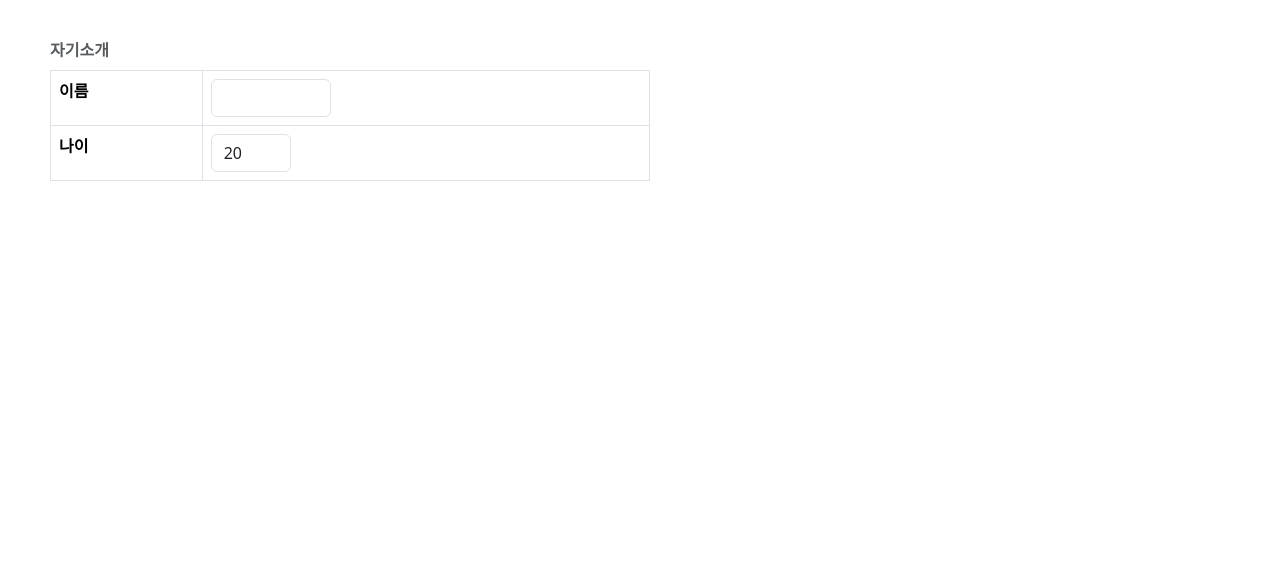
Repository: jini8293/Sist_04
Page: http://localhost/jspProject/intro/addForm.jsp
An editor plug-in stored every save of this project. The page is shown before and after the next save, followed by the edit.
The browser window is 1280 px wide. The pictures show the whole page.
Some web fonts or font styles are not loaded; a fallback is used. The page is served by Tomcat 9. Other server files are loaded and not shown.

Above is the page before, as saved 2024-03-06 07:26:30.

### jspwork/jspProject/src/main/webapp/intro/addForm.jsp
<%@ page language="java" contentType="text/html; charset=UTF-8"
	pageEncoding="UTF-8"%>
<!DOCTYPE html>
<html>
<head>
<meta charset="UTF-8">
<link
	href="https://fonts.googleapis.com/css2?family=Black+Han+Sans&family=Gowun+Dodum&family=IBM+Plex+Sans+KR&display=swap"
	rel="stylesheet">
<link
	href="https://cdn.jsdelivr.net/npm/bootstrap@5.3.2/dist/css/bootstrap.min.css"
	rel="stylesheet">
<script src="https://code.jquery.com/jquery-3.7.0.js"></script>
<title>Insert title here</title>
</head>
<body>
	<div style="margin: 30px 50px;">
		<form action="addAction.jsp" method="post">
			<table class="table table-bordered" style="width: 600px;">
				<caption align="top">
					<b>자기소개</b>
				</caption>
				<tr>
					<th align="center">이름</th>
					<td><input type="text" name="name" class="form-control"
						required="required" style="width: 120px;"></td>
				</tr>

				<tr>
					<th>나이</th>
					<td><input type="number" name="age" class="form-control"
						value="20" style="width: 80px;"></td>
				</tr>


			</table>

		</form>
	</div>

</body>
</html>

After the next save:
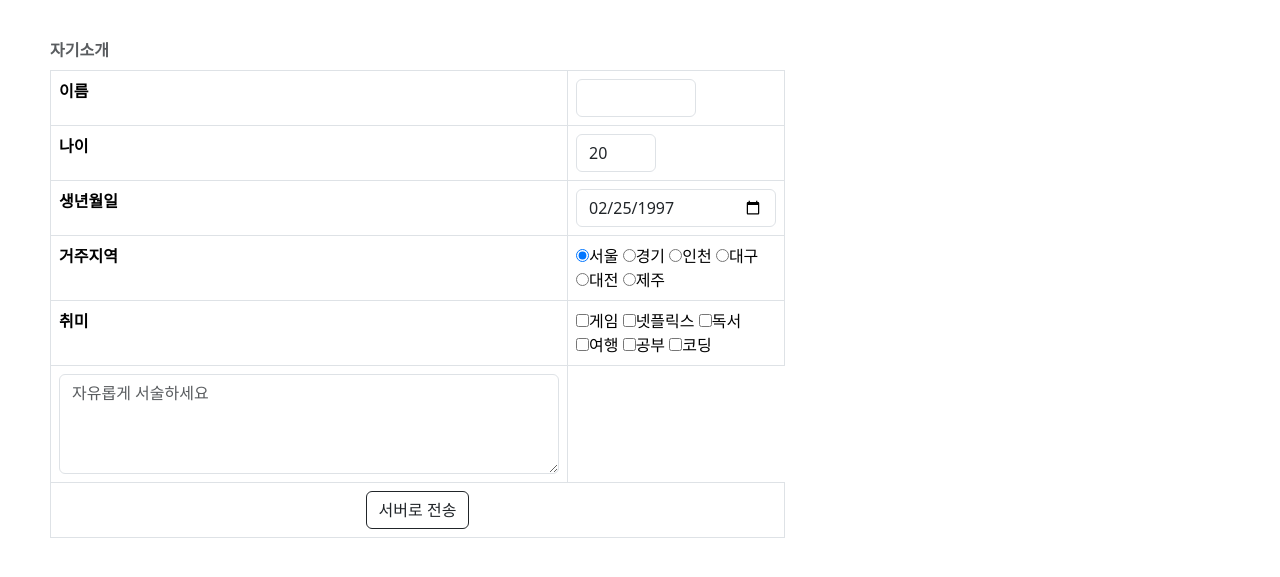
Saved 7 min 47 s later.
--- a/jspwork/jspProject/src/main/webapp/intro/addForm.jsp
+++ b/jspwork/jspProject/src/main/webapp/intro/addForm.jsp
@@ -32,7 +32,48 @@
 						value="20" style="width: 80px;"></td>
 				</tr>
 
+				<tr>
+					<th>생년월일</th>
+					<td><input type="date" name="birthday" class="form-control"
+						value="1997-02-25" style="width: 200px;"></td>
+				</tr>
 
+				<tr>
+					<th>거주지역</th>
+					<td>
+						<label><input type="radio" name="hometown" vlaue="서울" checked="checked">서울</label>
+						<label><input type="radio" name="hometown" vlaue="경기">경기</label>
+						<label><input type="radio" name="hometown" vlaue="인천">인천</label>
+						<label><input type="radio" name="hometown" vlaue="대구">대구</label>
+						<label><input type="radio" name="hometown" vlaue="대전">대전</label>
+						<label><input type="radio" name="hometown" vlaue="제주">제주</label>
+					</td>
+				</tr>
+
+				<tr>
+					<th>취미</th>
+					<td>
+						<label><input type="checkbox" name="hobby" vlaue="게임">게임</label>
+						<label><input type="checkbox" name="hobby" vlaue="넷플릭스">넷플릭스</label>
+						<label><input type="checkbox" name="hobby" vlaue="독서">독서</label>
+						<label><input type="checkbox" name="hobby" vlaue="여행">여행</label>
+						<label><input type="checkbox" name="hobby" vlaue="공부">공부</label>
+						<label><input type="checkbox" name="hobby" vlaue="코딩">코딩</label>
+					</td>
+				</tr>
+
+				<tr>
+					<td>
+					<textarea style="width: 500px; height: 100px" placeholder="자유롭게 서술하세요"
+					class="form-control"></textarea>
+					</td>
+				</tr>
+
+				<tr>
+					<td colspan="2" align="center">
+					<button type="submit" class="btn btn-outline-dark">서버로 전송</button>
+					</td>
+				</tr>
 			</table>
 
 		</form>
